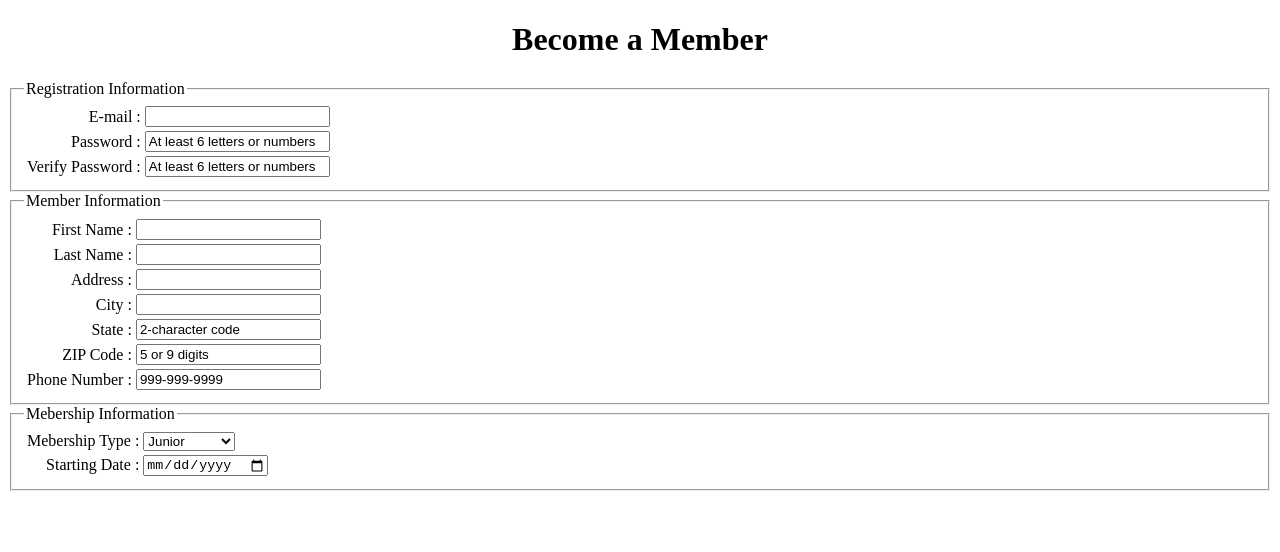
Repository: kjungyoun/Web_Study_2021
Page: homework_front/WebContent/0302/0302.html
The author's editor kept a copy of each file at every save. The page is drawn from the files as they stood at one save, then again after the next save.
The browser window is 1280 px wide. The pictures show the whole page.

Above is the page before, as saved 2021-03-02 12:00:03.

### homework_front/WebContent/0302/0302.html
<!DOCTYPE html>
<html>
<head>
<meta charset="UTF-8">
<title>Become a Member</title>
</head>
<body>
<header>
	<h1 align="center">
		Become a Member
	</h1>
</header>
<form action="index.html">
	<fieldset>
		<legend>Registration Information</legend>
		<table >
			<tbody>
				<tr>
					<td align="right">
						<label for="userid">E-mail : </label>
					</td>
					<td align="left">
						<input type="email" id="email" name="email">
					</td>
				</tr>
				<tr>
					<td align="right">
					<label for="password">Password : </label>
					</td>
					<td align="left">
						<input type="text" id="psw" name="psw" value="At least 6 letters or numbers">
					</td>
				</tr>
				<tr>
					<td align="right">
						<label for="vpassword">Verify Password : </label>
					</td>
					<td align="left">
						<input type="text" id="vpwd" name="vpwd" value="At least 6 letters or numbers">
					</td>
				</tr>
			</tbody>
		</table>
	</fieldset>
	<fieldset>
		<legend>Member Information</legend>
		<table >
			<tbody>
				<tr>
					<td align="right">
						<label for="fname">First Name : </label>
					</td>
					<td align="left">
						<input type="text" id="fname" name="fname">
					</td>
				</tr>
				<tr>
					<td align="right">
					<label for="lname">Last Name : </label>
					</td>
					<td align="left">
						<input type="text" id="lname" name="lname">
					</td>
				</tr>
				<tr>
					<td align="right">
						<label for="address">Address : </label>
					</td>
					<td align="left">
						<input type="text" id="addr" name="addr">
					</td>
				</tr>
				<tr>
					<td align="right">
						<label for="city">City : </label>
					</td>
					<td align="left">
						<input type="text" id="city" name="city">
					</td>
				</tr>
				<tr>
					<td align="right">
						<label for="state">State : </label>
					</td>
					<td align="left">
						<input type="text" id="state" name="state" value="2-character code">
					</td>
				</tr>
				<tr>
					<td align="right">
						<label for="zip">ZIP Code : </label>
					</td>
					<td align="left">
						<input type="text" id="addr" name="addr" value="5 or 9 digits">
					</td>
				</tr>
				<tr>
					<td align="right">
						<label for="phone">Phone Number : </label>
					</td>
					<td align="left">
						<input type="tel" id="phone" name="phone" value="999-999-9999">
					</td>
				</tr>
			</tbody>
		</table>
	</fieldset>
	<fieldset>
		<legend>Mebership Information</legend>
		<table>
			<tr>
				<td align="right">
					<label for="type">Mebership Type : </label>
				</td>
				<td align="left">
					<select name="type" >
						<optgroup label="membership" >
							<option>Junior</option>
							<option>Senior</option>
							<option>Semi Pro</option>
							<option>Pro</option>
							<option>VIP</option>
						</optgroup>
					</select>
				</td>
			</tr>
			<tr>
				<td align="right">
					<label for="date">Starting Date : </label>
				</td>
				<td align="left">
					<input type="date" name="date">
				</td>
			</tr>
		</table>
	</fieldset>
</form>
</body>
</html>

After the next save:
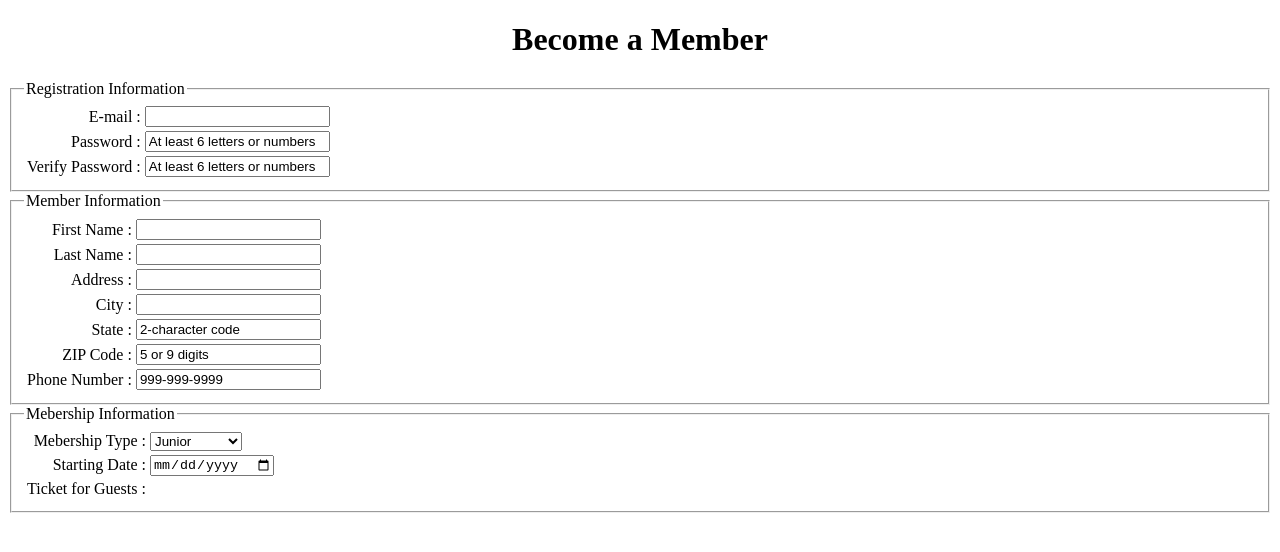
Saved 59 s later.
--- a/homework_front/WebContent/0302/0302.html
+++ b/homework_front/WebContent/0302/0302.html
@@ -132,6 +132,11 @@
 					<input type="date" name="date">
 				</td>
 			</tr>
+			<tr>
+				<td>
+					<label for="guest">Ticket for Guests : </label>
+				</td>
+			</tr>
 		</table>
 	</fieldset>
 </form>
